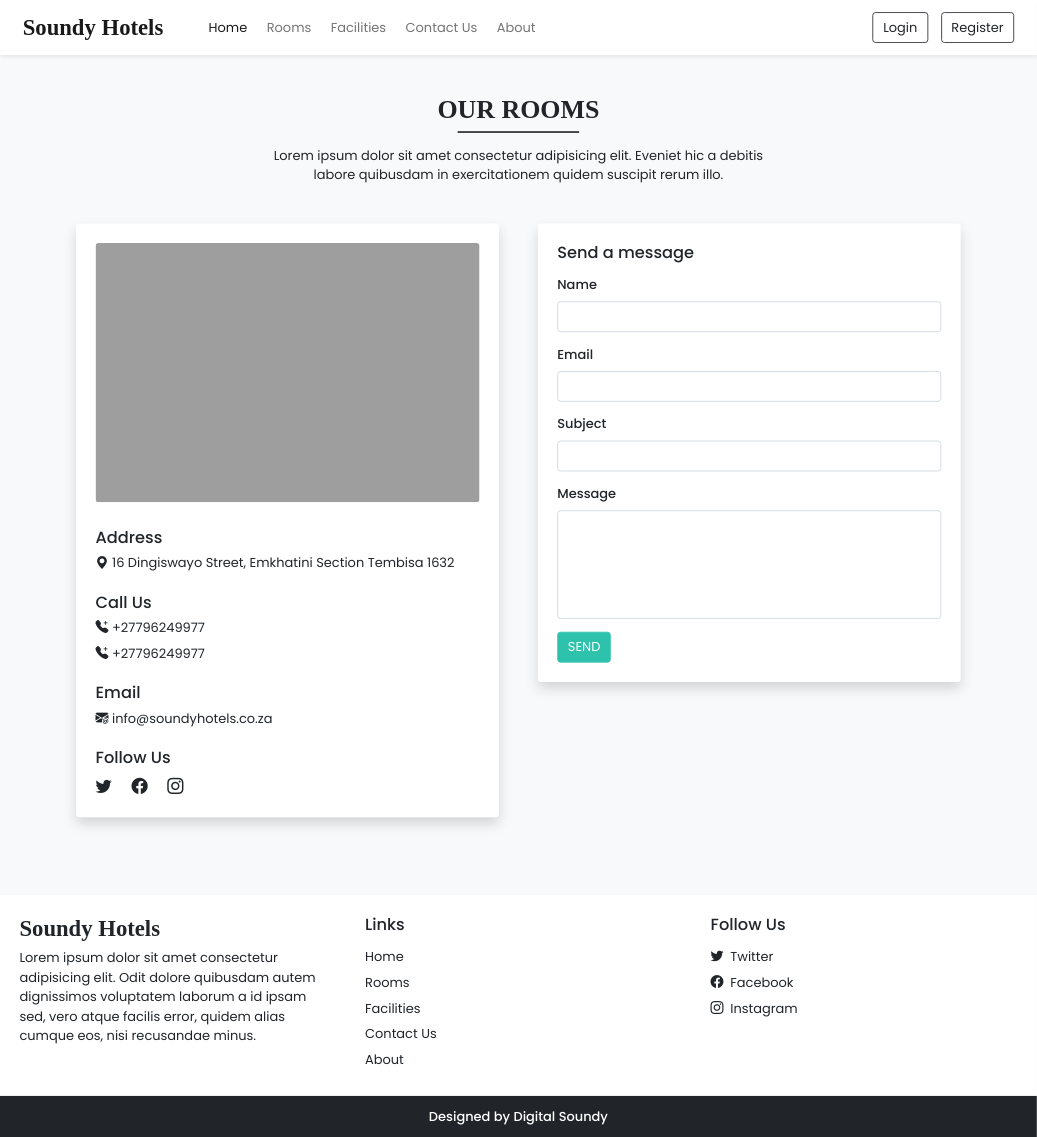
Repository: spencersoundy/Hotel-Booking-App
Page: http://localhost/rooms.php
The author's editor kept a copy of each file at every save. The page is drawn from the files as they stood at one save, then again after the next save.
The browser window is 1280 px wide. The pictures show the whole page, at 81% of full size.
Pictures or frames that could not be fetched are drawn as grey boxes. Some web fonts or font styles are not loaded; a fallback is used. The page is run by PHP 8.4 with error messages shown; the project is at /var/www/html/.

Above is the page before, as saved 2023-08-05 00:20:18.

After the next save:
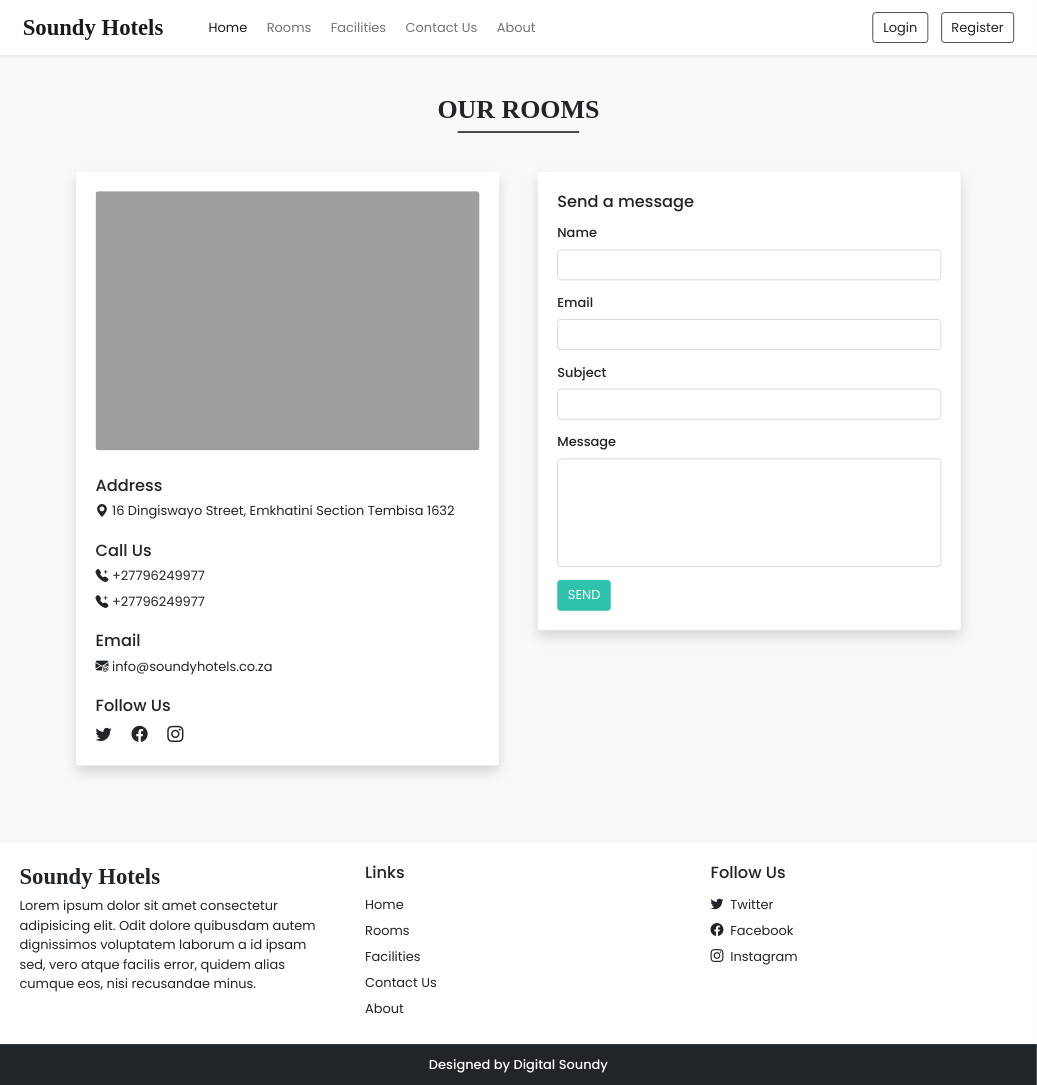
Saved 19 s later.
--- a/rooms.php
+++ b/rooms.php
@@ -14,11 +14,6 @@
 <div class="my-5 px-4">
     <h2 class="fw-bold h-font text-center">OUR ROOMS</h2>
     <div class="h-line bg-dark"></div>
-    <p class="text-center mt-3">
-        Lorem ipsum dolor sit amet consectetur adipisicing elit.
-        Eveniet hic a debitis <br> labore quibusdam in exercitationem
-        quidem suscipit rerum illo.
-    </p>
 </div>
 
 <div class="container">
